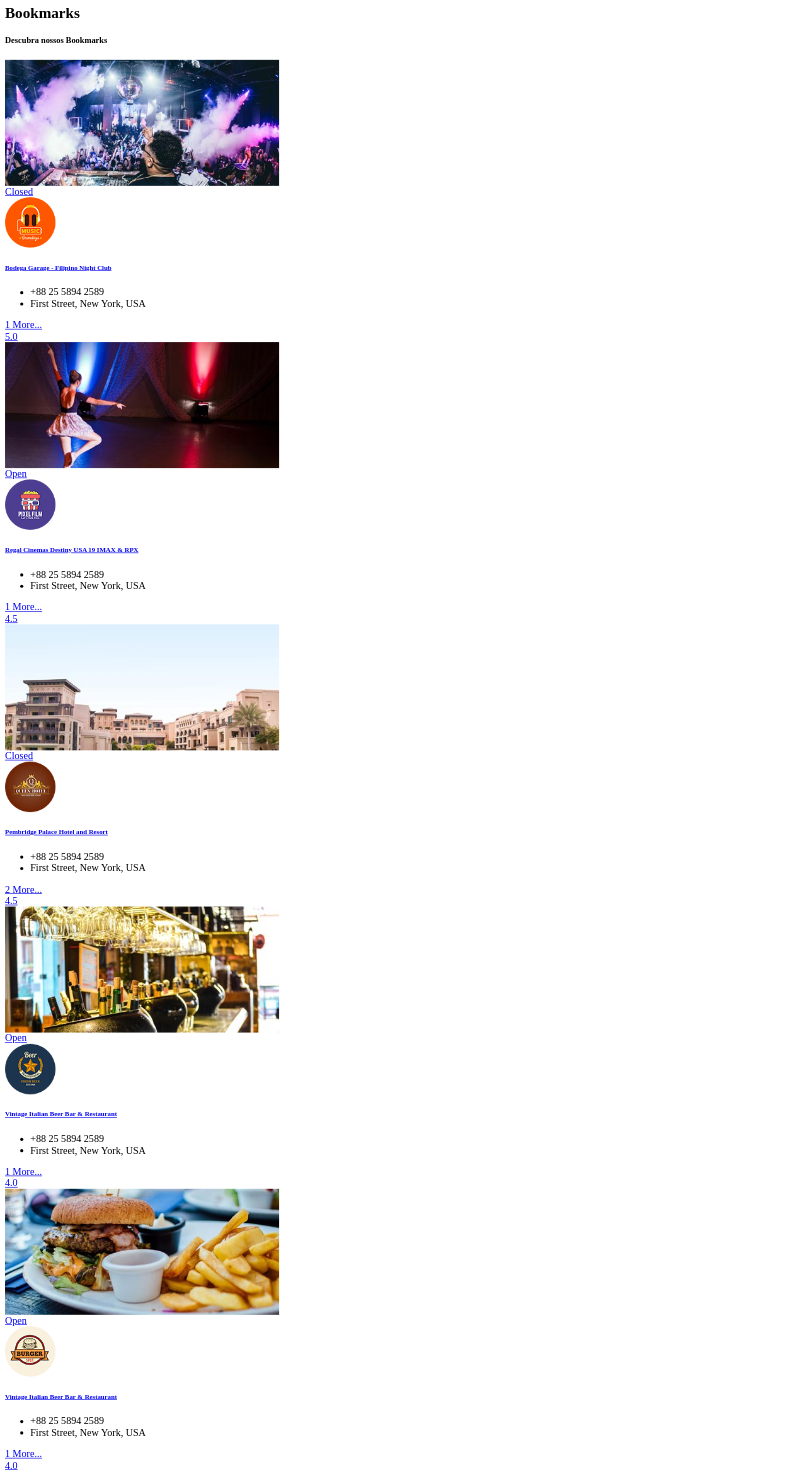
Repository: mateusfln/Finder
Page: http://localhost/tmp/plugins/Site/templates/element/bookmarkCard.php
These files come from the project's save history. The page is drawn as it stood at one moment and after a run of saves; the edit follows.
The browser window is 1280 px wide. The pictures show the whole page, at 63% of full size.
The page is run by PHP 8.4 with error messages shown; the project is at /var/www/html/.

Above is the page before, as saved 2024-02-12 14:51:43.

After the next 4 saves:
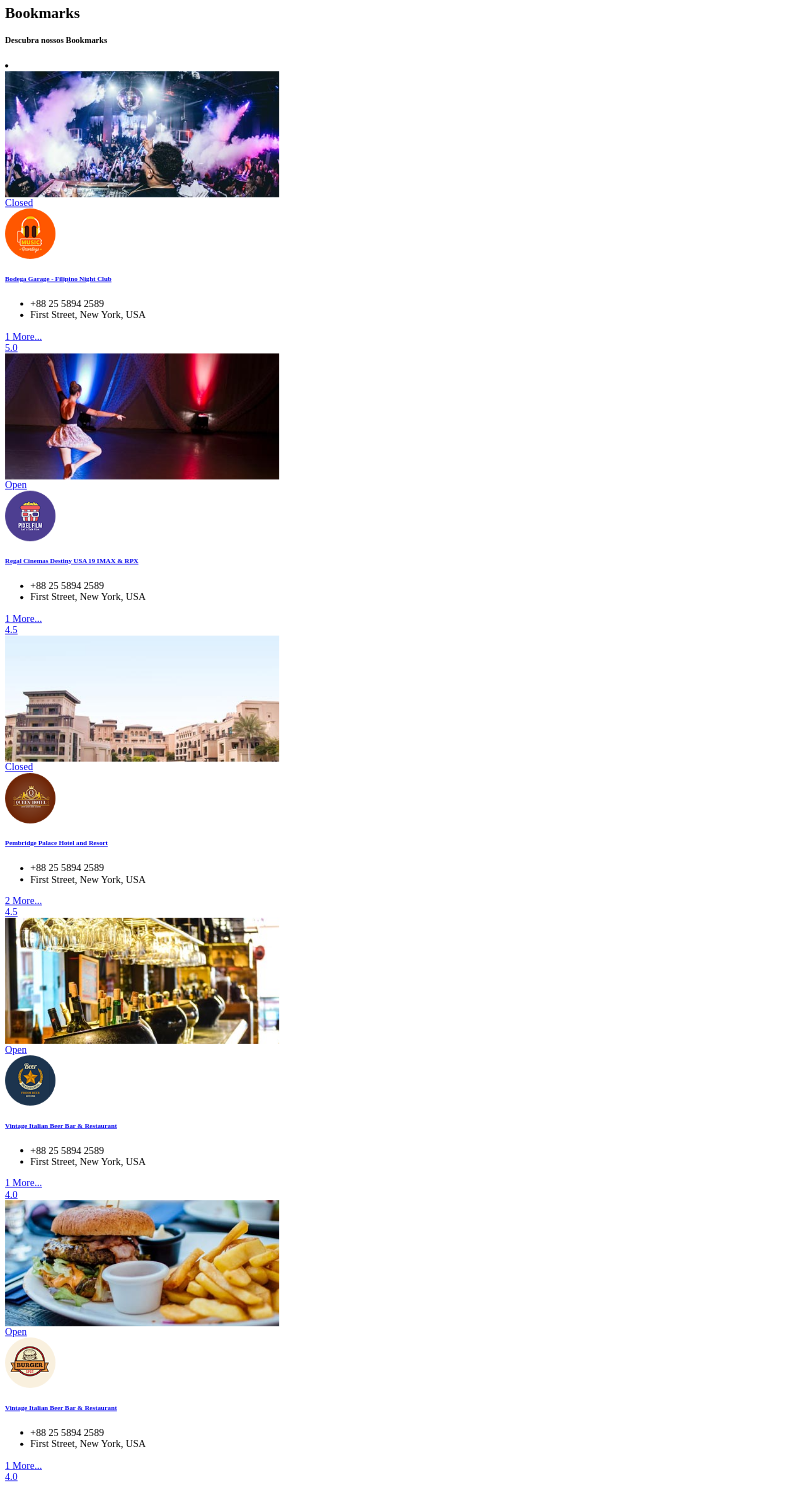
The 4 saves are shown as one change because they came seconds apart.
The last was saved 29 s later.
--- a/plugins/Site/templates/element/bookmarkCard.php
+++ b/plugins/Site/templates/element/bookmarkCard.php
@@ -15,7 +15,10 @@
                     <div>
                         <?php
                          //foreach($bookmark as $book ):?>
-                         <div><?php $book ?> </div>
+                         <ul>
+
+                         </ul>
+                         <li><?php $book ?> </li>
                         <?php //endforeach; ?>
                     </div>
                     <div>
